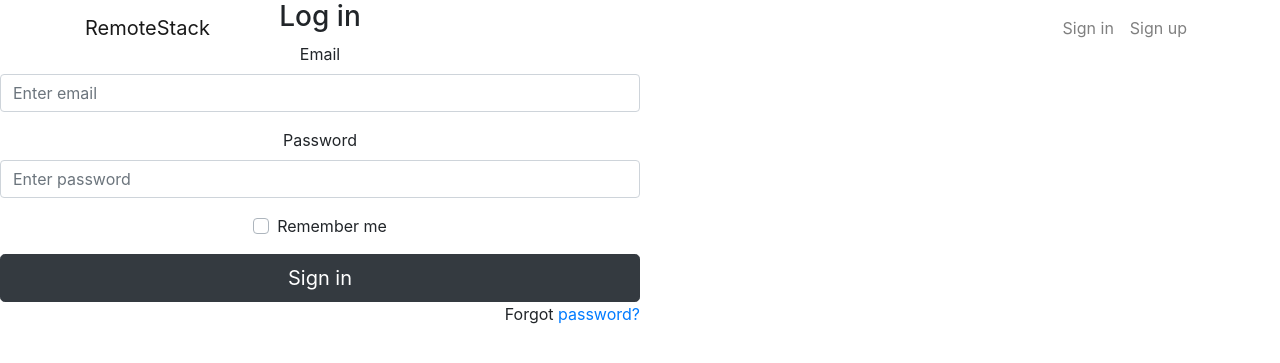
Repository: khanhnguyen1999/Login_SignUp
Page: /
The author's editor kept a copy of each file at every save. The page is drawn from the files as they stood at one save, then again after the next save.
The browser window is 1280 px wide. The pictures show the whole page.
The project was rebuilt for these pictures with package versions that can differ from the ones it lists, and the page was loaded fresh each time. Also part of the build but not shown: src/component/SignUp.js.

Above is the page before, as saved 2020-12-05 23:27:17.

### src/index.js
import React from "react";
import ReactDOM from "react-dom";
import { BrowserRouter } from "react-router-dom";
import "./index.css";
import App from "./App";

ReactDOM.render(
    <BrowserRouter>
        <App />
    </BrowserRouter>,
    document.getElementById("root")
);

### src/index.css
body {
  margin: 0;
  font-family: -apple-system, BlinkMacSystemFont, 'Segoe UI', 'Roboto', 'Oxygen',
    'Ubuntu', 'Cantarell', 'Fira Sans', 'Droid Sans', 'Helvetica Neue',
    sans-serif;
  -webkit-font-smoothing: antialiased;
  -moz-osx-font-smoothing: grayscale;
}

code {
  font-family: source-code-pro, Menlo, Monaco, Consolas, 'Courier New',
    monospace;
}

.inner > form
{
  width:50%
}

### src/App.js
import React from 'react';
import '../node_modules/bootstrap/dist/css/bootstrap.min.css';
import './App.css';
import { BrowserRouter as Router, Switch, Route, Link } from "react-router-dom";

import Login from "./component/Login";
import SignUp from "./component/SignUp";

function App() {
  return (<Router>
    <div className="App">
      <nav className="navbar navbar-expand-lg navbar-light fixed-top">
        <div className="container">
          <Link className="navbar-brand" to={"/sign-in"}>RemoteStack</Link>
          <div className="collapse navbar-collapse" id="navbarTogglerDemo02">
            <ul className="navbar-nav ml-auto">
              <li className="nav-item">
                <Link className="nav-link" to={"/sign-in"}>Sign in</Link>
              </li>
              <li className="nav-item">
                <Link className="nav-link" to={"/sign-up"}>Sign up</Link>
              </li>
            </ul>
          </div>
        </div>
      </nav>

      <div className="outer">
        <div className="inner">
          <Switch>
            <Route exact path='/' component={Login} />
            <Route path="/sign-in" component={Login} />
            <Route path="/sign-up" component={SignUp} />
          </Switch>
        </div>
      </div>
    </div></Router>
  );
}

export default App;

### src/component/Login.js
import React, { Component } from "react";

export default class Login extends Component {
    render() {
        return (
            <form>

                <h3>Log in</h3>

                <div className="form-group">
                    <label>Email</label>
                    <input type="email" className="form-control" placeholder="Enter email" />
                </div>

                <div className="form-group">
                    <label>Password</label>
                    <input type="password" className="form-control" placeholder="Enter password" />
                </div>

                <div className="form-group">
                    <div className="custom-control custom-checkbox">
                        <input type="checkbox" className="custom-control-input" id="customCheck1" />
                        <label className="custom-control-label" htmlFor="customCheck1">Remember me</label>
                    </div>
                </div>

                <button type="submit" className="btn btn-dark btn-lg btn-block">Sign in</button>
                <p className="forgot-password text-right">
                    Forgot <a href="#">password?</a>
                </p>
            </form>
        );
    }
}

Loaded but not shown: public/index.html (common file); src/App.css (common file)

After the next save:
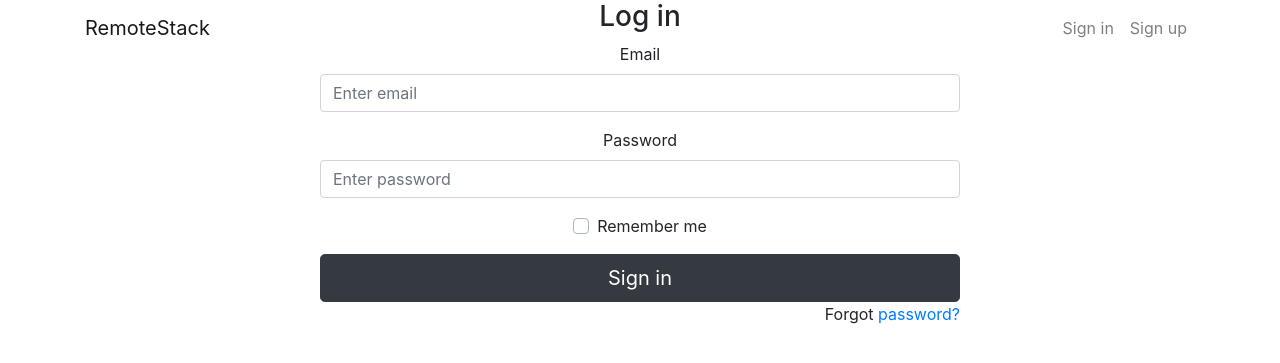
Saved 8 s later.
--- a/src/index.css
+++ b/src/index.css
@@ -14,5 +14,6 @@ code {
 
 .inner > form
 {
-  width:50%
+  width:50%;
+  margin:auto
 }
